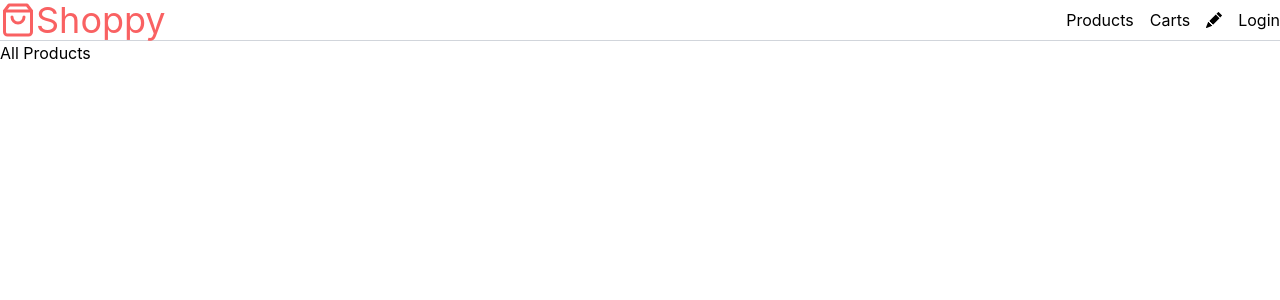
Repository: tjgus22/shoppy
Page: /products
The author's editor kept a copy of each file at every save. The page is drawn from the files as they stood at one save, then again after the next save.
The browser window is 1280 px wide. The pictures show the whole page.
The project was rebuilt for these pictures with package versions that can differ from the ones it lists, and the page was loaded fresh each time. Also part of the build but not shown: src/pages/Home.jsx, src/pages/ProductDetail.jsx, src/pages/NewProduct.jsx, src/pages/MyCart.jsx, src/pages/NotFound.jsx.

Above is the page before, as saved 2024-01-03 13:49:07.

### src/index.js
import React from 'react';
import ReactDOM from 'react-dom/client';
import { createBrowserRouter, RouterProvider } from 'react-router-dom';
import './index.css';
import App from './App';
import Home from './pages/Home';
import AllProducts from './pages/AllProducts';
import ProductDetail from './pages/ProductDetail';
import NewProduct from './pages/NewProduct';
import MyCart from './pages/MyCart';
import NotFound from './pages/NotFound';

const router = createBrowserRouter([
  {
    path: '/',
    element: <App />,
    errorElement: <NotFound />,
    children: [
      { index: true, path: '/', element: <Home /> },
      { path: '/products', element: <AllProducts /> },
      {
        path: '/products/new',
        element: <NewProduct />,
      },
      {
        path: '/products/:id',
        element: <ProductDetail />,
      },
      {
        path: '/carts',
        element: <MyCart />,
      },
    ],
  },
]);

const root = ReactDOM.createRoot(document.getElementById('root'));
root.render(
  <React.StrictMode>
    <RouterProvider router={router} />
  </React.StrictMode>
);

### src/index.css
@tailwind base;
@tailwind components;
@tailwind utilities;

body {
  margin: 0;
  font-family: -apple-system, BlinkMacSystemFont, 'Segoe UI', 'Roboto', 'Oxygen',
    'Ubuntu', 'Cantarell', 'Fira Sans', 'Droid Sans', 'Helvetica Neue',
    sans-serif;
  -webkit-font-smoothing: antialiased;
  -moz-osx-font-smoothing: grayscale;
  @apply flex flex-col items-center;
}
#root {
  @apply w-full max-w-screen-2xl;
}

code {
  font-family: source-code-pro, Menlo, Monaco, Consolas, 'Courier New',
    monospace;
}

### src/App.js
import Navbar from './components/Navbar';
import { Outlet } from 'react-router-dom';

function App() {
  return (
    <>
      <Navbar />
      <Outlet />
    </>
  );
}

export default App;

### src/pages/AllProducts.jsx
import React from 'react';

export default function AllProducts() {
  return <div>All Products</div>;
}

### src/components/Navbar.jsx
import React from 'react';
import { Link } from 'react-router-dom';
import { FiShoppingBag } from 'react-icons/fi';
import { BsFillPencilFill } from 'react-icons/bs';

export default function Navbar() {
  return (
    <header className='flex justify-between border-b border-gray-300'>
      <Link to='/' className='flex items-center text-4xl text-brand'>
        <FiShoppingBag />
        <h1>Shoppy</h1>
      </Link>
      <nav className='flex items-center gap-4'>
        <Link to='/products'>Products</Link>
        <Link to='/carts'>Carts</Link>
        <Link to='/products/new'>
          <BsFillPencilFill />
        </Link>
        <button>Login</button>
      </nav>
    </header>
  );
}

### tailwind.config.js
/** @type {import('tailwindcss').Config} */
module.exports = {
  content: ['./src/**/*.{js,jsx}'],
  theme: {
    extend: {
      colors: {
        brand: '#F96162',
      },
    },
  },
  plugins: [],
};

Loaded but not shown: public/index.html (common file)

After the next save:
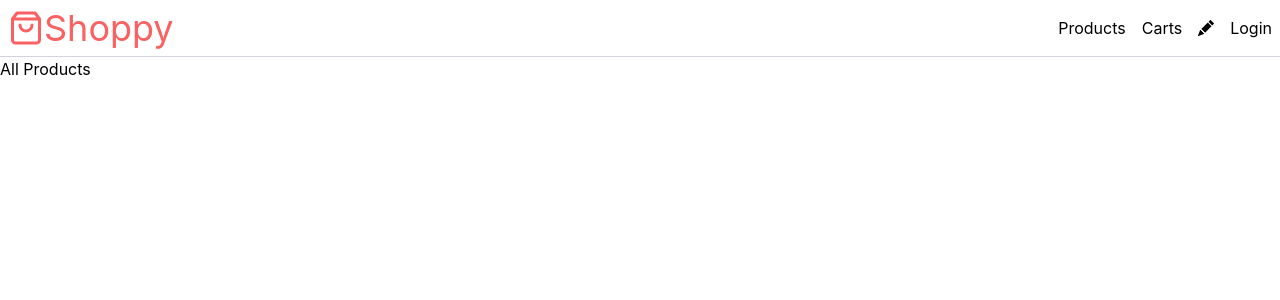
Saved 17 s later.
--- a/src/components/Navbar.jsx
+++ b/src/components/Navbar.jsx
@@ -5,7 +5,7 @@ import { BsFillPencilFill } from 'react-icons/bs';
 
 export default function Navbar() {
   return (
-    <header className='flex justify-between border-b border-gray-300'>
+    <header className='flex justify-between border-b border-gray-300 p-2'>
       <Link to='/' className='flex items-center text-4xl text-brand'>
         <FiShoppingBag />
         <h1>Shoppy</h1>
